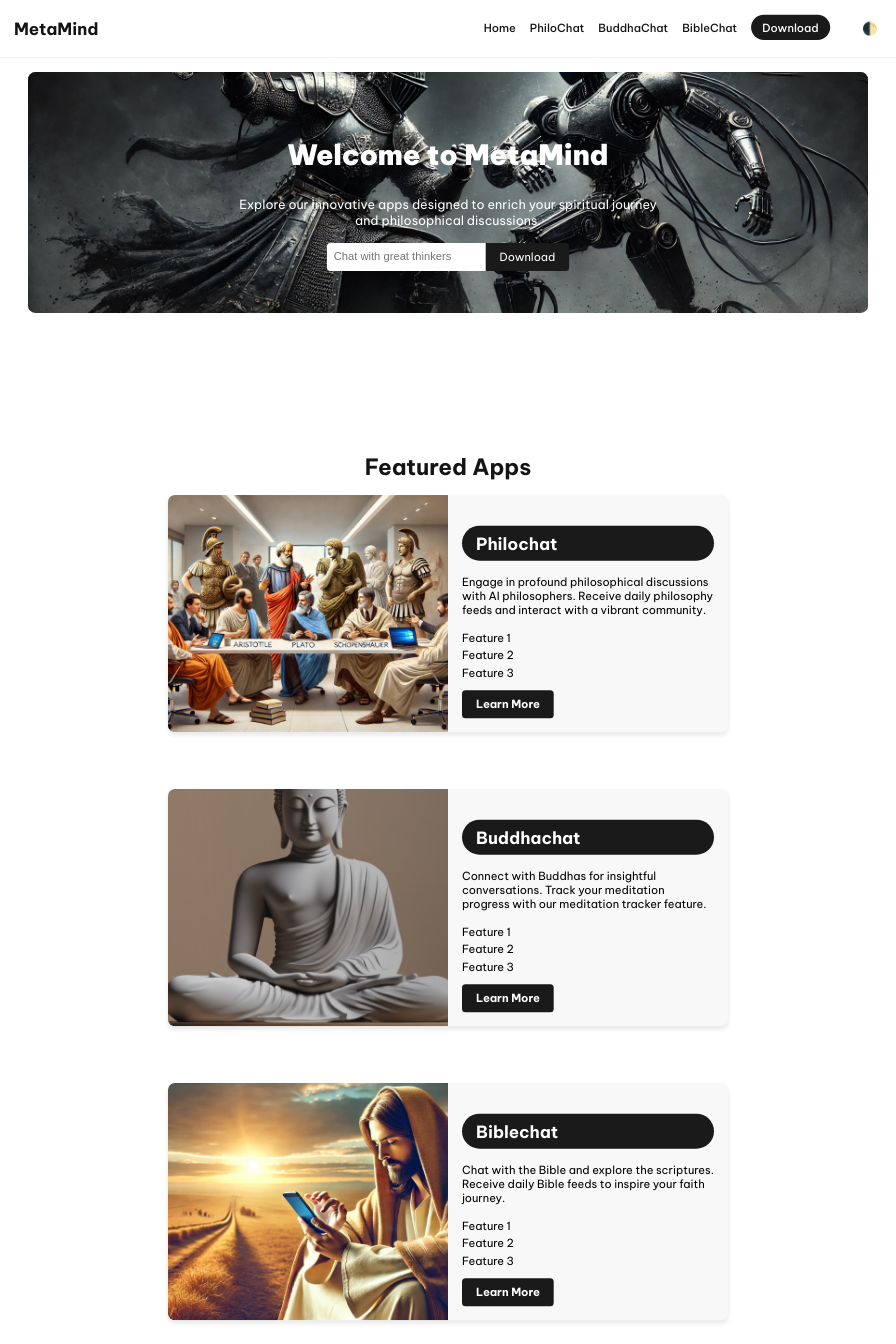
Repository: HSfac/EthosMindWeb
Page: /
An editor plug-in stored every save of this project. The page is shown before and after a run of saves, followed by the edit.
The browser window is 1280 px wide. The pictures show the part of the page from y = 0 to 1920 px (the page is 2669 px tall before and 2949 px after), at 70% of full size.
The project was rebuilt for these pictures with package versions that can differ from the ones it lists, and the page was loaded fresh each time. Also part of the build but not shown: src/pages/SaintsChat.css, src/pages/SaintsChat.jsx, src/pages/BuddhaChat.css, src/pages/BuddhaChat.jsx, src/pages/BibleChat.css, src/pages/BibleChat.jsx, src/pages/Download.css, src/pages/Download.jsx.

Above is the page before, as saved 2024-07-21 22:33:14.

### src/index.css
@import url('https://fonts.googleapis.com/css2?display=swap&family=Be+Vietnam+Pro:wght@400;500;700;900&family=Noto+Sans:wght@400;500;700;900');

body {
  font-family: "Be Vietnam Pro", "Noto Sans", sans-serif;
  margin: 0;
  padding: 0;
  box-sizing: border-box;
}

### src/App.jsx
import React from 'react';
import { BrowserRouter as Router, Route, Routes } from 'react-router-dom';
import Home from './pages/Home.jsx';
import SaintsChat from './pages/SaintsChat.jsx';
import BuddhaChat from './pages/BuddhaChat.jsx';
import BibleChat from './pages/BibleChat.jsx';
import Download from './pages/Download.jsx'; // Download 페이지를 추가합니다.
import Header from './components/Header.jsx';
import Footer from './components/Footer.jsx';

function App() {
  return (
    <Router>
      <Header />
      <Routes>
        <Route path="/" element={<Home />} />
        <Route path="/saintschat" element={<SaintsChat />} />
        <Route path="/buddhachats" element={<BuddhaChat />} />
        <Route path="/biblechats" element={<BibleChat />} />
        <Route path="/download" element={<Download />} /> {/* Download 페이지를 추가합니다. */}
      </Routes>
      <Footer />
    </Router>
  );
}

export default App;

### src/pages/Home.jsx
import React from 'react';
import './Home.css';
import { Link } from 'react-router-dom';
import heroImage from '../assets/images/hero-image-land.png';
import philochatScreenshot from '../assets/images/ph-image-dl.png';
import buddhachatScreenshot from '../assets/images/buddha-hero-image.png';
import biblechatScreenshot from '../assets/images/jesus-image-dl.png';

function Home() {
  return (
    <main className="home-main">
      {/* Hero Section */}
      <section className="home-hero" style={{ backgroundImage: `url(${heroImage})` }}>
        <div className="home-hero-content">
          <h1 className="home-hero-title">Welcome to MetaMind</h1>
          <p className="home-hero-description">Explore our innovative apps designed to enrich your spiritual journey and philosophical discussions.</p>
          <div className="home-hero-search">
            <input type="text" placeholder="Chat with great thinkers" />
            <Link to="/download" className="home-hero-button">Download</Link>
          </div>
        </div>
      </section>

      {/* App Introduction Section */}
      <section id="home-app-introduction" className="home-app-introduction">
        <h2 className="home-section-title">Featured Apps</h2>
        <div className="home-app-cards">
          <div className="home-app-card">
            <div className="home-app-image-container">
              <img src={philochatScreenshot} alt="Philochat App Screenshot" className="home-app-image" />
            </div>
            <div className="home-app-info">
              <h3 className="home-app-title">Philochat</h3>
              <p className="home-app-description">Engage in profound philosophical discussions with AI philosophers. Receive daily philosophy feeds and interact with a vibrant community.</p>
              <ul className="home-app-features">
                <li>Feature 1</li>
                <li>Feature 2</li>
                <li>Feature 3</li>
              </ul>
              <Link to="/saintschat" className="home-learn-more-button" onClick={() => window.scrollTo(0, 0)}>Learn More</Link>
            </div>
          </div>
          <hr className="home-divider" />

          <div className="home-app-card">
            <div className="home-app-image-container">
              <img src={buddhachatScreenshot} alt="Buddhachat App Screenshot" className="home-app-image" />
            </div>
            <div className="home-app-info">
              <h3 className="home-app-title">Buddhachat</h3>
              <p className="home-app-description">Connect with Buddhas for insightful conversations. Track your meditation progress with our meditation tracker feature.</p>
              <ul className="home-app-features">
                <li>Feature 1</li>
                <li>Feature 2</li>
                <li>Feature 3</li>
              </ul>
              <Link to="/buddhachats" className="home-learn-more-button" onClick={() => window.scrollTo(0, 0)}>Learn More</Link>
            </div>
          </div>
          <hr className="home-divider" />

          <div className="home-app-card">
            <div className="home-app-image-container">
              <img src={biblechatScreenshot} alt="Biblechat App Screenshot" className="home-app-image" />
            </div>
            <div className="home-app-info">
              <h3 className="home-app-title">Biblechat</h3>
              <p className="home-app-description">Chat with the Bible and explore the scriptures. Receive daily Bible feeds to inspire your faith journey.</p>
              <ul className="home-app-features">
                <li>Feature 1</li>
                <li>Feature 2</li>
                <li>Feature 3</li>
              </ul>
              <Link to="/biblechats" className="home-learn-more-button" onClick={() => window.scrollTo(0, 0)}>Learn More</Link>
            </div>
          </div>
        </div>
      </section>

      {/* Call to Action Section */}
      <section className="home-cta-section">
        <h2 className="home-cta-title">Join MetaMind Today</h2>
        <p className="home-cta-description">Experience the transformative power of our apps. Join our community and start your journey today.</p>
        <div className="home-cta-buttons">
          <Link to="/download" className="home-cta-button">Download</Link>
        </div>
      </section>
    </main>
  );
}

export default Home;

### src/components/Header.jsx
import React from 'react';
import { Link } from 'react-router-dom';
import './Header.css';

function Header() {
  return (
    <header className="header">
      <h1 className="header-title">MetaMind</h1>
      <nav className="nav">
        <ul className="nav-list">
          <li className="nav-item"><Link to="/">Home</Link></li>
          <li className="nav-item"><Link to="/saintschat">PhiloChat</Link></li>
          <li className="nav-item"><Link to="/buddhachats">BuddhaChat</Link></li>
          <li className="nav-item"><Link to="/biblechats">BibleChat</Link></li>
          <li className="nav-item header-download-button"><Link to="/download">Download</Link></li>
          <li className="nav-item"><button className="toggle-button" onClick={() => document.body.classList.toggle('dark-mode')}>🌓</button></li>
        </ul>
      </nav>
    </header>
  );
}

export default Header;

### src/components/Footer.jsx
import React from 'react';
import { Link } from 'react-router-dom';
import './Footer.css';

function Footer() {
  return (
    <footer className="footer">
      <div className="footer-content">
        <div className="footer-section">
          <h2 className="footer-title">SaintsChat</h2>
          <p className="footer-description">Connecting you with the greatest thinkers in history.</p>
        </div>
        <div className="footer-section">
          <h3 className="footer-subtitle">Explore</h3>
          <ul className="footer-links">
            <li><Link to="/">Home</Link></li>
            <li><Link to="/saintschat">SaintsChat</Link></li>
            <li><Link to="/buddhachats">BuddhaChat</Link></li>
            <li><Link to="/biblechats">BibleChat</Link></li>
          </ul>
        </div>
        <div className="footer-section">
          <h3 className="footer-subtitle">Company</h3>
          <ul className="footer-links">
            <li><Link to="/about">About Us</Link></li>
            <li><Link to="/contact">Contact</Link></li>
            <li><Link to="/careers">Careers</Link></li>
            <li><Link to="/privacy">Privacy Policy</Link></li>
          </ul>
        </div>
        <div className="footer-section">
          <h3 className="footer-subtitle">Follow Us</h3>
          <div className="footer-social">
            <a href="https://facebook.com" target="_blank" rel="noopener noreferrer">Facebook</a>
            <a href="https://twitter.com" target="_blank" rel="noopener noreferrer">Twitter</a>
            <a href="https://instagram.com" target="_blank" rel="noopener noreferrer">Instagram</a>
            <a href="https://linkedin.com" target="_blank" rel="noopener noreferrer">LinkedIn</a>
          </div>
        </div>
      </div>
      <div className="footer-bottom">
        <p>&copy; 2024 SaintsChat. All rights reserved.</p>
      </div>
    </footer>
  );
}

export default Footer;

### src/pages/Home.css
.home-main {
  padding: 20px 40px;
}
.home-hero {
  background: linear-gradient(rgba(0, 0, 0, 0.1) 0%, rgba(0, 0, 0, 0.4) 100%), center/cover no-repeat;
  color: #ffffff;
  text-align: center;
  padding: 60px 20px;
  border-radius: 10px;
  margin-bottom: 40px;
  background-size: 100%; /* 이미지가 섹션을 완전히 덮도록 설정 */
  background-position: center; /* 이미지가 중심에 위치하도록 설정 */
}

.home-hero-content {
  max-width: 600px;
  margin: 0 auto;
}

.home-hero-title {
  font-size: 40px;
  font-weight: 900;
}

.home-hero-description {
  font-size: 18px;
  margin: 10px 0;
}

.home-hero-search {
  display: flex;
  justify-content: center;
  margin-top: 20px;
}

.home-hero-search input {
  padding: 10px;
  font-size: 16px;
  border: none;
  border-radius: 5px 0 0 5px;
  outline: none;
}

.home-hero-button {
  padding: 10px 20px;
  font-size: 16px;
  border: none;
  background-color: #1a1a1a;
  color: #ffffff;
  border-radius: 0 5px 5px 0;
  cursor: pointer;
  text-decoration: none;
}

.home-hero-button:hover {
  background-color: #333333;
  transform: scale(1.05);
  transition: background-color 0.3s, transform 0.3s;
}

.home-app-introduction {
  margin: 40px 0;
  margin-top: 200px;
  margin-bottom: 200px;
}

.home-section-title {
  font-size: 32px;
  font-weight: bold;
  text-align: center;
  margin-bottom: 20px;
}

.home-app-cards {
  display: flex;
  flex-direction: column;
  align-items: center;
  gap: 20px;
}

.home-app-card {
  display: flex;
  background-color: #f8f8f8;
  border-radius: 10px;
  box-shadow: 0 4px 8px rgba(0, 0, 0, 0.1);
  max-width: 800px;
  width: 100%;
  overflow: hidden;
}

.home-app-image-container {
  flex: 1;
  min-width: 50%;
}

.home-app-image {
  width: 100%;
  height: 100%;
  object-fit: cover;
}

.home-app-info {
  flex: 1;
  padding: 20px;
  display: flex;
  flex-direction: column;
  justify-content: center;
  color: black;
}

.home-app-title {
  font-size: 24px;
  font-weight: bold;
  background-color: #1a1a1a;
  color: #ffffff;
  padding: 10px 20px;
  border-radius: 50px;
  display: inline-block;
  margin-bottom: 10px;
  white-space: nowrap;
}

.home-app-description {
  font-size: 16px;
  margin: 10px 0;
  color: black;
}

.home-app-features {
  list-style: none;
  padding: 0;
  margin: 10px 0;
}

.home-app-features li {
  font-size: 16px;
  margin-bottom: 5px;
}

.home-learn-more-button {
  background-color: #1a1a1a;
  color: #ffffff;
  padding: 10px 20px;
  border: none;
  border-radius: 5px;
  cursor: pointer;
  font-size: 16px;
  font-weight: bold;
  text-decoration: none;
  align-self: flex-start;
  transition: background-color 0.3s, transform 0.3s;
}

.home-learn-more-button:hover {
  background-color: #333333;
  transform: scale(1.05);
}

.home-divider {
  border: 0;
  height: 1px;
  margin: 20px 0;
  background-color: rgba(0, 0, 0, 0.2);
}

.home-cta-section {
  margin: 40px 0;
  text-align: center;
}

.home-cta-title {
  font-size: 32px;
  font-weight: bold;
  margin-bottom: 20px;
}

.home-cta-description {
  font-size: 18px;
  margin: 10px 0;
}

.home-cta-buttons {
  display: flex;
  justify-content: center;
  gap: 10px;
}

.home-cta-button {
  background-color: #1a1a1a;
  color: #ffffff;
  padding: 10px 20px;
  border: none;
  border-radius: 5px;
  cursor: pointer;
  font-size: 16px;
  font-weight: bold;
  text-decoration: none;
  position: relative;
  transition: background-color 0.3s, transform 0.3s;
  overflow: hidden;
}

.home-cta-button::after {
  content: "";
  position: absolute;
  top: 50%;
  left: 50%;
  width: 300%;
  height: 300%;
  background: rgba(255, 255, 255, 0.15);
  opacity: 0;
  transform: translate(-50%, -50%) scale(0);
  transition: transform 0.5s, opacity 0.5s;
  border-radius: 50%;
}

.home-cta-button:hover::after {
  transform: translate(-50%, -50%) scale(1);
  opacity: 1;
}

@keyframes pop {
  0%, 100% {
    transform: scale(1);
  }
  50% {
    transform: scale(1.2);
  }
}

.home-cta-button:hover {
  background-color: #333333;
  animation: pop 0.6s ease-in-out infinite;
}

### src/components/Header.css
.header {
  display: flex;
  justify-content: space-between;
  align-items: center;
  padding: 10px 20px;
  border-bottom: 1px solid #ededed;
}

.header-title {
  font-size: 24px;
  font-weight: bold;
}

.nav {
  display: flex;
}

.nav-list {
  display: flex;
  list-style: none;
  margin: 0;
  padding: 0;
}

.nav-item {
  margin-left: 20px;
}

.nav-item a {
  text-decoration: none;
  color: var(--text-color);
  font-weight: 500;
}

.header-download-button a {
  padding: 8px 16px;
  border-radius: 20px;
  background-color: #1a1a1a;
  color: white;
}

.toggle-button {
  background: none;
  border: none;
  font-size: 18px;
  cursor: pointer;
  margin-left: 20px;
}

:root {
  --bg-color: white;
  --text-color: #141414;
}

.dark-mode {
  --bg-color: #141414;
  --text-color: white;
}

body {
  background-color: var(--bg-color);
  color: var(--text-color);
  transition: background-color 0.3s, color 0.3s;
}

### src/components/Footer.css
.footer {
  background-color: #1a1a1a;
  color: white;
  padding: 40px 20px;
  text-align: center;
}

.footer-content {
  display: flex;
  flex-wrap: wrap;
  justify-content: space-around;
  margin-bottom: 20px;
}

.footer-section {
  flex: 1;
  min-width: 200px;
  margin: 20px;
}

.footer-title {
  font-size: 24px;
  font-weight: bold;
}

.footer-description {
  font-size: 14px;
}

.footer-subtitle {
  font-size: 18px;
  font-weight: bold;
  margin-bottom: 10px;
}

.footer-links {
  list-style: none;
  padding: 0;
}

.footer-links li {
  margin-bottom: 10px;
}

.footer-links a {
  text-decoration: none;
  color: white;
}

.footer-social a {
  display: block;
  margin-bottom: 10px;
  text-decoration: none;
  color: white;
}

.footer-bottom {
  border-top: 1px solid #333;
  padding-top: 20px;
  font-size: 14px;
}

Loaded but not shown: public/index.html (common file); src/index.js (common file)

After the next 2 saves:
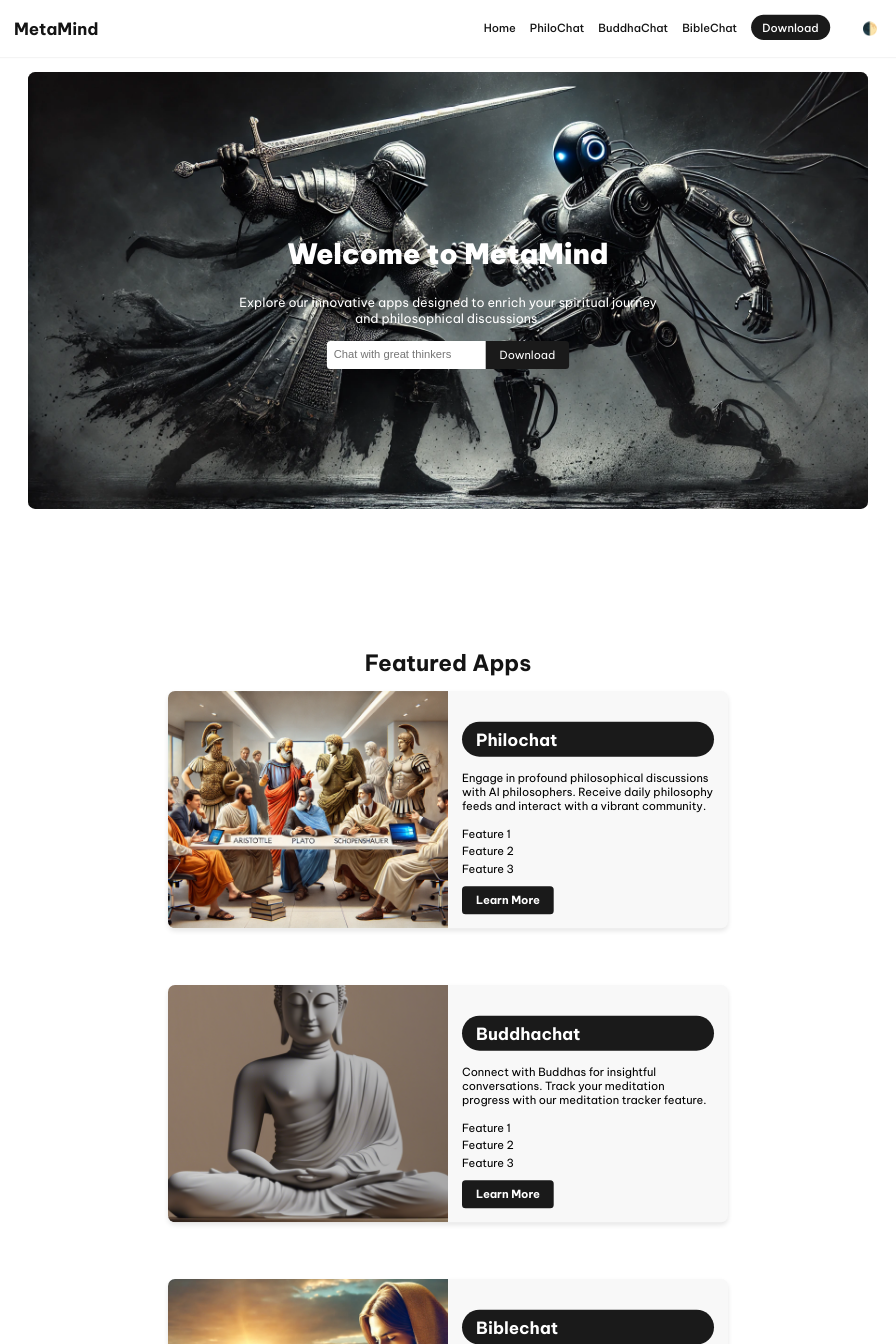
The 2 saves are shown as one change because they came seconds apart.
The last was saved 2 min 17 s later.
--- a/src/pages/Home.css
+++ b/src/pages/Home.css
@@ -1,6 +1,8 @@
 .home-main {
   padding: 20px 40px;
 }
+
+
 .home-hero {
   background: linear-gradient(rgba(0, 0, 0, 0.1) 0%, rgba(0, 0, 0, 0.4) 100%), center/cover no-repeat;
   color: #ffffff;
@@ -8,8 +10,12 @@
   padding: 60px 20px;
   border-radius: 10px;
   margin-bottom: 40px;
-  background-size: 100%; /* 이미지가 섹션을 완전히 덮도록 설정 */
+  background-size: cover; /* 이미지가 섹션을 완전히 덮도록 설정 */
   background-position: center; /* 이미지가 중심에 위치하도록 설정 */
+  min-height: 70vh; /* 히어로 섹션의 최소 높이를 70vh로 설정 */
+  display: flex;
+  justify-content: center;
+  align-items: center;
 }
 
 .home-hero-content {
